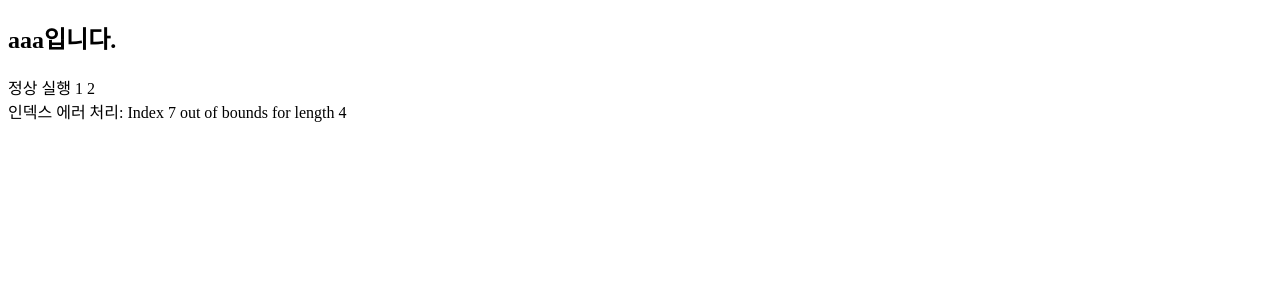
Repository: pshho/newJspProject
Page: http://localhost/JspProj/err/aaa.jsp
The author's editor kept a copy of each file at every save. The page is drawn from the files as they stood at one save, then again after the next save.
The browser window is 1280 px wide. The pictures show the whole page.
The page is served by Tomcat 9. Other server files are loaded and not shown.

Above is the page before, as saved 2023-07-26 01:16:04.

### JspProj/src/main/webapp/err/aaa.jsp
<%@ page language="java" contentType="text/html; charset=UTF-8"
    pageEncoding="UTF-8"%>
<!DOCTYPE html>
<html>
<head>
<meta charset="UTF-8">
<title>aaa입니다.</title>
</head>
<body>
	<h2>aaa입니다.</h2>
	<%
		try {
			int a = 10/5;

			out.println("정상 실행 1 " + a + "<br/>");

			int[] arr = {11, 22, 33, 44};

			out.println("정상 실행 2 " + arr[7] + "<br/>");
		}catch(ArithmeticException e){
			out.println("수학적 에러 처리: " + e.getMessage());
		}catch(ArrayIndexOutOfBoundsException e){
			out.println("인덱스 에러 처리: " + e.getMessage());
		}catch(Exception e){
			out.println("일반적 에러 처리: " + e.getMessage());
		}
	%>
</body>
</html>

After the next save:
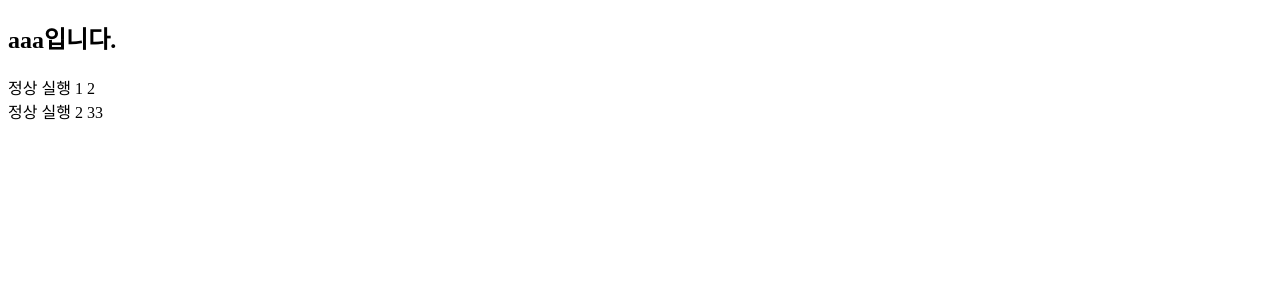
Saved 53 s later.
--- a/JspProj/src/main/webapp/err/aaa.jsp
+++ b/JspProj/src/main/webapp/err/aaa.jsp
@@ -16,7 +16,7 @@
 
 			int[] arr = {11, 22, 33, 44};
 
-			out.println("정상 실행 2 " + arr[7] + "<br/>");
+			out.println("정상 실행 2 " + arr[2] + "<br/>");
 		}catch(ArithmeticException e){
 			out.println("수학적 에러 처리: " + e.getMessage());
 		}catch(ArrayIndexOutOfBoundsException e){
